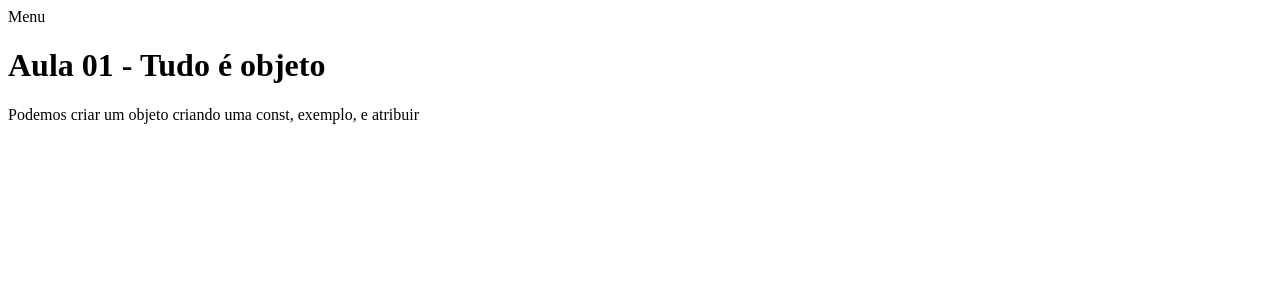
Repository: rvlyra/Js-Estudos-Aplicados
Page: Js - Estudos Aplicados/01-Tudo_e_objeto/index.html
These files come from the project's save history. The page is drawn as it stood at one moment and after the next save; the edit follows.
The browser window is 1280 px wide. The pictures show the whole page.

Above is the page before, as saved 2022-07-05 20:14:25.

### Js - Estudos Aplicados/01-Tudo_e_objeto/index.html
<!DOCTYPE html>
<html lang="en">
<head>
    <meta charset="UTF-8">
    <meta http-equiv="X-UA-Compatible" content="IE=edge">
    <meta name="viewport" content="width=device-width, initial-scale=1.0">
    <title>Tudo é Objeto</title>
</head>
<body>
<nav>Menu</nav>
    <h1>Aula 01 - Tudo é objeto</h1>

    <p>
        Podemos criar um objeto criando uma const, exemplo, e atribuir
    </p>

    <script src="script.js"></script>
</body>
</html>

### Js - Estudos Aplicados/01-Tudo_e_objeto/script.js
const menu = {

}

After the next save:
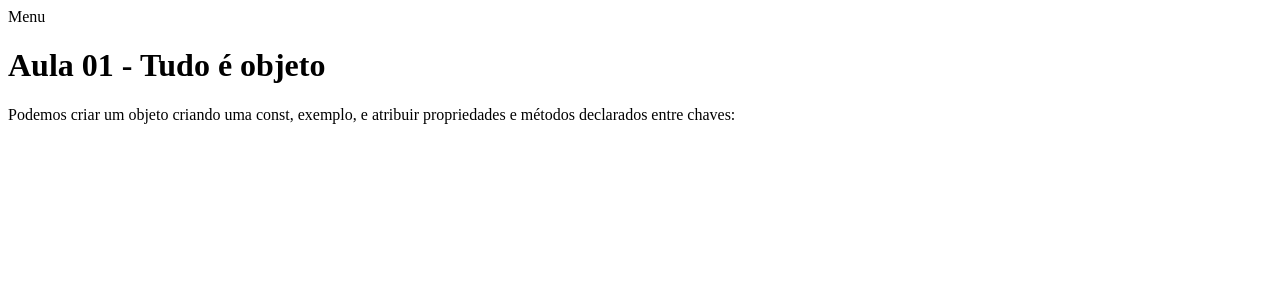
Saved 26 s later.
--- a/Js - Estudos Aplicados/01-Tudo_e_objeto/index.html
+++ b/Js - Estudos Aplicados/01-Tudo_e_objeto/index.html
@@ -11,7 +11,9 @@
     <h1>Aula 01 - Tudo é objeto</h1>
 
     <p>
-        Podemos criar um objeto criando uma const, exemplo, e atribuir
+        Podemos criar um objeto criando uma const, exemplo, e atribuir propriedades e métodos declarados entre chaves:
+
+
     </p>
 
     <script src="script.js"></script>
